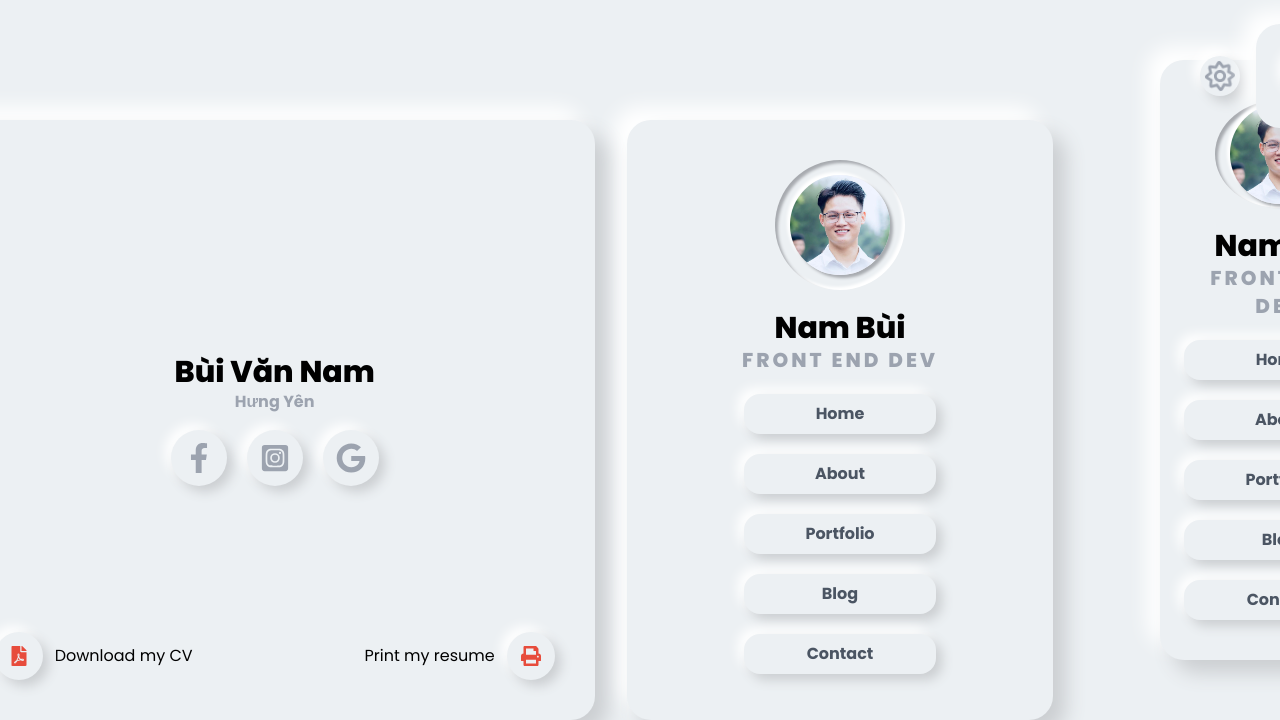
Repository: nambui98/profile_v2
Page: /
The author's editor kept a copy of each file at every save. The page is drawn from the files as they stood at one save, then again after the next save.
The browser window is 1280 px wide. The pictures show the whole page.
The project was rebuilt for these pictures with package versions that can differ from the ones it lists, and the page was loaded fresh each time. Also part of the build but not shown: src/pages/contact.tsx.

Above is the page before, as saved 2022-03-11 17:18:05.

After the next save:
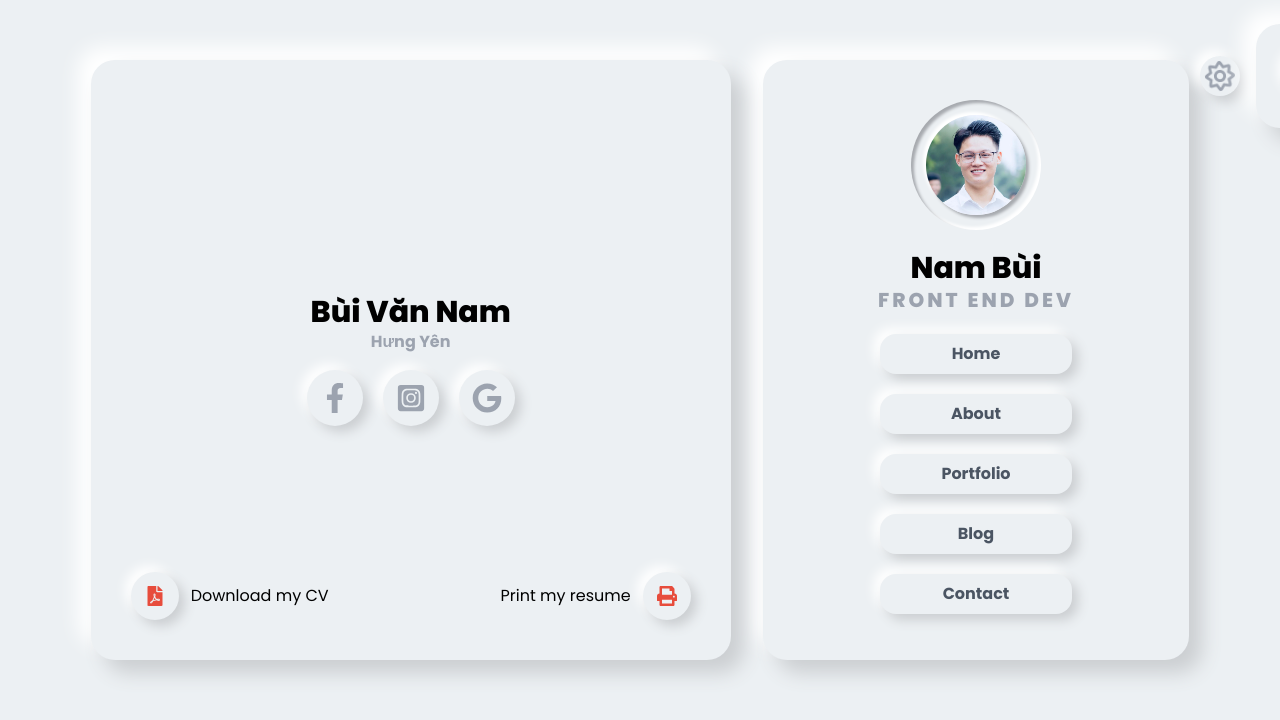
Saved 27 s later.
--- a/src/pages/home.tsx
+++ b/src/pages/home.tsx
@@ -17,46 +17,23 @@ function Home() {
         iframe?.contentWindow?.print();
     }
     return (
-        <div className="App">
-            <div className="flex h-screen w-screen items-center justify-center">
-                <div className="flex w-full items-start justify-center" style={{ height: "600px" }}>
-                    <div className="relative rounded-3xl md:w-6/12 sm:w-10/12 smx:w-10/12 p-6 h-full mx-4 bg-app dark:bg-neutral-800 shadow-3xl dark:shadow-3xl-dark flex justify-center items-center flex-col">
-                        <h1 className="text-black dark:text-white text-3xl text-center font-extrabold">Bùi Văn Nam</h1>
-                        <p className="text-gray-400 dark:text-white tracking-widest font-bold">Hưng Yên</p>
-                        <div className="flex mt-4">
-                            <a href='https://www.facebook.com/songoku.bui/' target="_blank" rel="noreferrer" className="btn-shadow dark:btn-shadow-dark fb rounded-full text-center w-14 h-14"><FaFacebookF className="text-3xl" fill={colors.coolGray[400]} /></a>
-                            <a href='https://www.instagram.com/nambui27/' target="_blank" rel="noreferrer" className="btn-shadow dark:btn-shadow-dark itg rounded-full text-center w-14 h-14 mx-5"><FaInstagramSquare className="text-3xl" fill={colors.coolGray[400]} /></a>
-                            <a href='mailto:bvnam98@gmail.com' target="_blank" rel="noreferrer" className="btn-shadow dark:btn-shadow-dark gg rounded-full text-center w-14 h-14"><FaGoogle className="text-3xl" fill={colors.coolGray[400]} /></a>
-                        </div>
-                        <div className="absolute bottom-10 2xl:right-20 2xl:left-20 md:right-10 md:left-10 flex items-center justify-between">
-                            <span className="flex items-center">
-                                <a
-                                    href='/cv.pdf'
-                                    className="btn-shadow dark:btn-shadow-dark rounded-full text-center w-12 h-12"
-                                ><FaFilePdf className="text-xl" fill={"#e74c3c"} />
-                                </a>
-                                <span className="ml-3 dark:text-white">Download my CV</span></span>
-                            <span className="flex flex-row-reverse items-center" ><button onClick={() => print('cv.pdf')} className="btn-shadow dark:btn-shadow-dark rounded-full text-center w-12 h-12"><FaPrint className="text-xl" fill={"#e74c3c"} /></button><span className="mr-3 dark:text-white">Print my resume</span></span>
-                        </div>
-                    </div>
-                    <div className="rounded-3xl w-4/12 md:flex sm:hidden smx:hidden h-full mx-4 bg-app shadow-3xl dark:bg-neutral-800 dark:shadow-3xl-dark flex items-center flex-col py-10 px-6">
-                        <div className="wrap-avatar dark:wrap-avatar-dark">
-                            <div className="avatar">
-                                <img src={Avatar} alt="" />
-                            </div>
-                        </div>
-                        <h1 className="text-black dark:text-white font-extrabold tracking-widest text-3xl mt-5">Nam Bùi</h1>
-                        <h1 className="text-gray-400 dark:text-white font-extrabold tracking-max text-xl">FRONT END DEV</h1>
-                        <ul>
-                            <li className="text-gray-600 dark:text-white font-bold btn-shadow dark:btn-shadow-dark w-48 h-10 rounded-2xl mt-5">Home</li>
-                            <li className="text-gray-600 dark:text-white font-bold btn-shadow dark:btn-shadow-dark w-48 h-10 rounded-2xl mt-5">About</li>
-                            <li className="text-gray-600 dark:text-white font-bold btn-shadow dark:btn-shadow-dark w-48 h-10 rounded-2xl mt-5"><a href="https://namportfolio.netlify.app/" target="_blank" rel="noreferrer">Portfolio</a> </li>
-                            <li className="text-gray-600 dark:text-white font-bold btn-shadow dark:btn-shadow-dark w-48 h-10 rounded-2xl mt-5"><a href="https://web3-blog.netlify.app/" target="_blank" rel="noreferrer">Blog</a> </li>
-                            <li className="text-gray-600 dark:text-white font-bold btn-shadow dark:btn-shadow-dark w-48 h-10 rounded-2xl mt-5"><Link to="/contact">Contact</Link> </li>
-                        </ul>
-                    </div>
-
-                </div>
+        <div className="relative rounded-3xl md:w-6/12 sm:w-10/12 smx:w-10/12 p-6 h-full mx-4 bg-app dark:bg-neutral-800 shadow-3xl dark:shadow-3xl-dark flex justify-center items-center flex-col">
+            <h1 className="text-black dark:text-white text-3xl text-center font-extrabold">Bùi Văn Nam</h1>
+            <p className="text-gray-400 dark:text-white tracking-widest font-bold">Hưng Yên</p>
+            <div className="flex mt-4">
+                <a href='https://www.facebook.com/songoku.bui/' target="_blank" rel="noreferrer" className="btn-shadow dark:btn-shadow-dark fb rounded-full text-center w-14 h-14"><FaFacebookF className="text-3xl" fill={colors.coolGray[400]} /></a>
+                <a href='https://www.instagram.com/nambui27/' target="_blank" rel="noreferrer" className="btn-shadow dark:btn-shadow-dark itg rounded-full text-center w-14 h-14 mx-5"><FaInstagramSquare className="text-3xl" fill={colors.coolGray[400]} /></a>
+                <a href='mailto:bvnam98@gmail.com' target="_blank" rel="noreferrer" className="btn-shadow dark:btn-shadow-dark gg rounded-full text-center w-14 h-14"><FaGoogle className="text-3xl" fill={colors.coolGray[400]} /></a>
+            </div>
+            <div className="absolute bottom-10 2xl:right-20 2xl:left-20 md:right-10 md:left-10 flex items-center justify-between">
+                <span className="flex items-center">
+                    <a
+                        href='/cv.pdf'
+                        className="btn-shadow dark:btn-shadow-dark rounded-full text-center w-12 h-12"
+                    ><FaFilePdf className="text-xl" fill={"#e74c3c"} />
+                    </a>
+                    <span className="ml-3 dark:text-white">Download my CV</span></span>
+                <span className="flex flex-row-reverse items-center" ><button onClick={() => print('cv.pdf')} className="btn-shadow dark:btn-shadow-dark rounded-full text-center w-12 h-12"><FaPrint className="text-xl" fill={"#e74c3c"} /></button><span className="mr-3 dark:text-white">Print my resume</span></span>
             </div>
         </div>
     );
